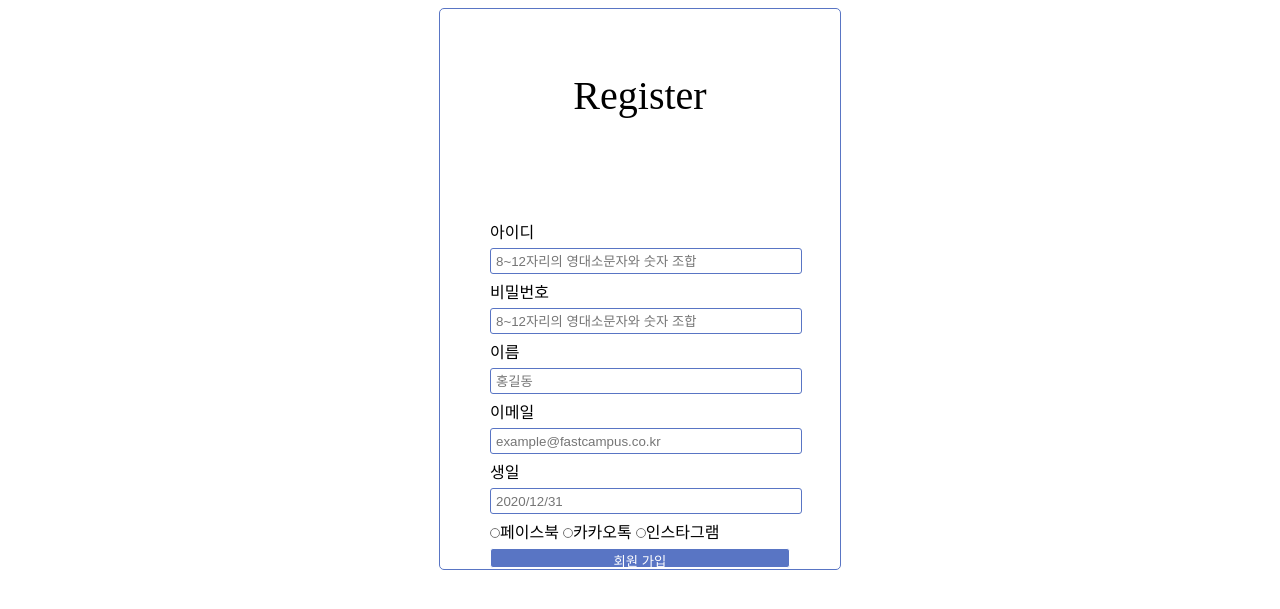
Repository: ksj2001/SpringBasic2024
Page: http://localhost/MVC_join/
These files come from the project's save history. The page is drawn as it stood at one moment and after the next save; the edit follows.
The browser window is 1280 px wide. The pictures show the whole page.
The page is served by Tomcat 9.

Above is the page before, as saved 2024-07-02 15:24:29.

After the next save:
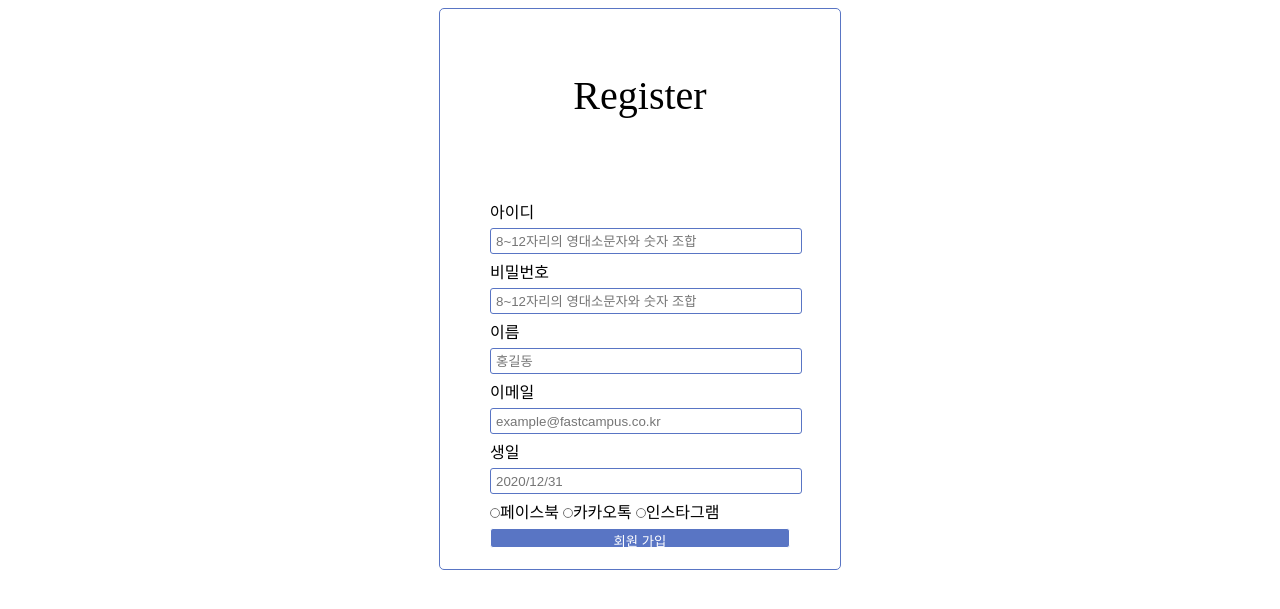
Saved 16 s later.
--- a/MVC_join/src/main/webapp/WEB-INF/views/index.jsp
+++ b/MVC_join/src/main/webapp/WEB-INF/views/index.jsp
@@ -22,7 +22,7 @@
 		font-size: 40px;
 		font-weight: 500;
 		text-align: center;
-		margin-bottom: 100px;
+		margin-bottom: 80px;
 	}
 	input{
 		width: 100%;
